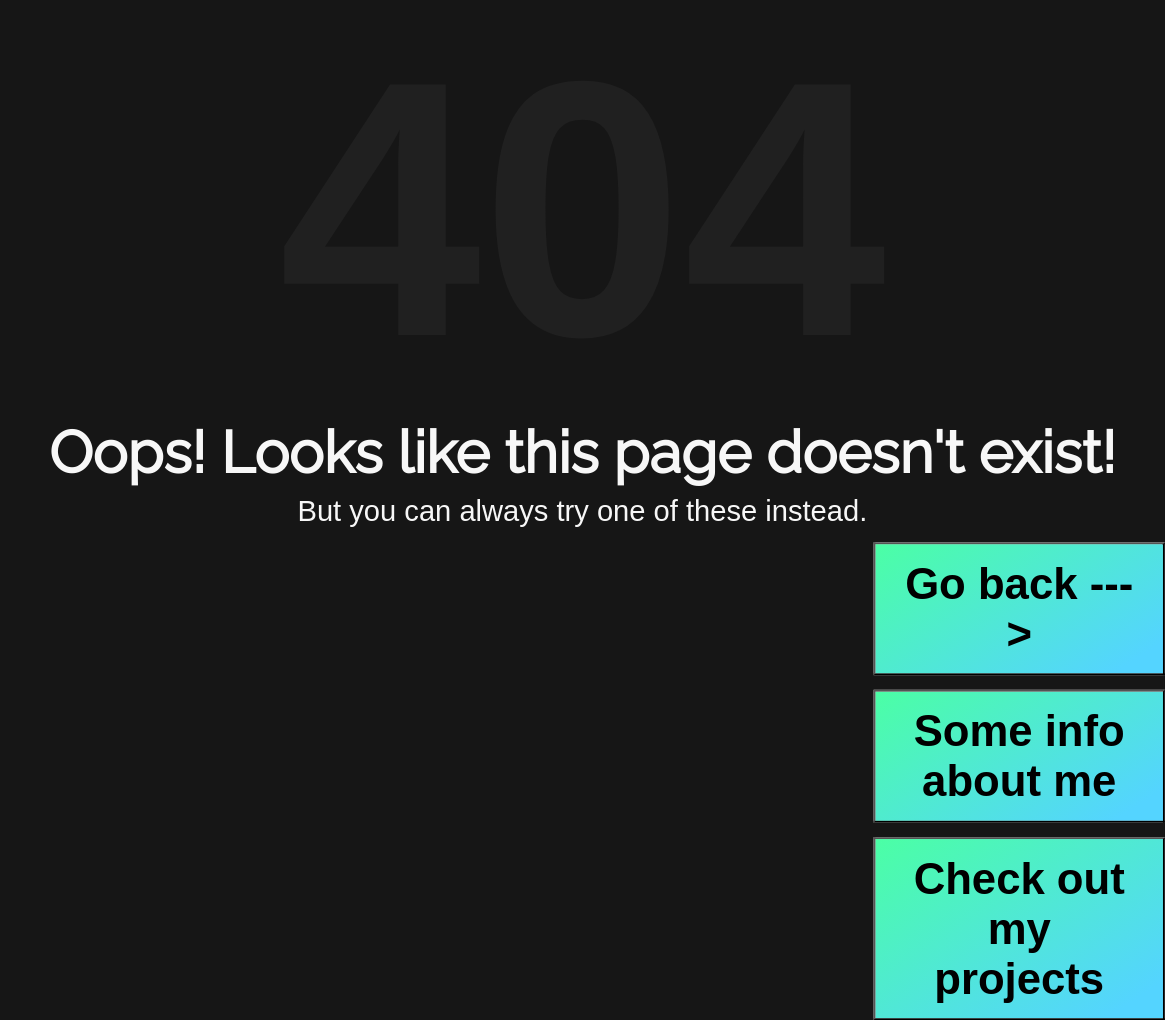
Repository: TeeJaysDev/Portfolio
Page: 404.html
The author's editor kept a copy of each file at every save. The page is drawn from the files as they stood at one save, then again after the next save.
The browser window is 1280 px wide. The pictures show the whole page, at 91% of full size.

Above is the page before, as saved 2021-08-26 22:00:01.

### 404.html
<!DOCTYPE html>
<html lang="en">
<head>
    <meta charset="UTF-8">
    <meta http-equiv="X-UA-Compatible" content="IE=edge">
    <meta name="viewport" content="width=device-width, initial-scale=1.0">
    <script type="text/javascript" src="script.js"></script>
    <link rel="stylesheet" href="404.css">
    <link rel="preconnect" href="https://fonts.gstatic.com">
    <link href="https://fonts.googleapis.com/css2?family=Raleway&display=swap" rel="stylesheet">
    <title>Tymon Jędryczka | Portfolio</title>
</head>
<body>
    <section class="error">
        <h2>
            404
        </h2>
        <h1>
            Oops! Looks like this page doesn't exist!
        </h1>
        <h3>
            But you can always try one of these instead.
        </h3>
        <button>
            <a href="https://teejay.dev" target="_blank" rel="noopener">Go back ---></a>
        </button>
        <button>
            <a href="https://teejay.dev/#about" target="_blank" rel="noopener">Some info about me</a>
        </button>
        <button>
            <a href="https://teejay.dev/#projects" target="_blank" rel="noopener">Check out my projects</a>
        </button>
    </section>
</body>
</html>

### 404.css
@import url('https://fonts.googleapis.com/css2?family=Raleway&display=swap');

* {
    margin: 0;
    padding: 0;
    box-sizing: border-box;
    font-family: sans-serif;
    text-decoration: none;
    list-style: none;
    z-index: 1;
}

body {
    background-color: #161616;
}

h1, h3 {
    display: flex;
    justify-content: center;
    color: #F7F7F7;
}

h1 {
    font-family: Raleway;
    font-size: 4rem;
    font-weight: 700;
    margin-bottom: 0.5rem;
}

h3 {
    font-family: Arial, Helvetica, sans-serif;
    font-size: 2rem;
    font-weight: 400;
}

h2 {
    display: flex;
    justify-content: center;
    color: #202020;
    font-size: 25rem;
    z-index: 0;
}

button a {
    text-align: center;
    font-size: 3rem;
    color: #000000;
}

button {
    padding: 1rem 2rem 1rem 2rem;
    width: 20rem;
    font-weight: bold;
    text-align: center;
    margin-left: 60rem;
    margin-top: 1rem;
    background-image: linear-gradient(147deg, #4bffa5, #54d4ff 90%);
    color: #000000;
    cursor: pointer;
}

@media only screen
and (min-width: 320px)
and (max-width: 375px) {

    h1 {
        min-width: 17ch;
        text-align: right;
        margin-left: 1.5rem;
        margin-top: 4rem;
        font-size: 2rem;
    }

    h2 {
        margin-top: 7rem;
        margin-left: 0.5rem;
        font-size: 12rem;
    }

    button {
        margin-top: 5rem;
        margin-left: 0.3rem;
    }
}

@media only screen
and (min-width: 375px)
and (max-width: 425px) {

    h1 {
        min-width: 20ch;
        text-align: right;
        margin-left: 1rem;
        margin-top: 4rem;
        font-size: 2rem;
    }

    h2 {
        margin-top: 7rem;
        margin-left: 2rem;
        font-size: 12rem;
    }

    button {
        margin-top: 10rem;
        margin-left: 2rem;
    }
}

@media only screen
and (min-width: 425px)
and (max-width: 768px) {

    h1 {
        text-align: right;
        margin-left: 2rem;
        margin-top: 4rem;
        font-size: 2rem;
    }

    h2 {
        margin-top: 7rem;
        margin-left: 3rem;
        font-size: 12rem;
    }

    button {
        margin-top: 5rem;
        margin-left: 3rem;
    }
}

@media only screen
and (min-width: 768px)
and (max-width: 1024px) {

    h1 {
        text-align: right;
        margin-left: 2rem;
        margin-top: 4rem;
        font-size: 2rem;
    }

    h2 {
        margin-top: 3rem;
        margin-left: 3rem;
        font-size: 25rem;
    }

    button {
        margin-top: 3rem;
        margin-left: 15rem;
    }
}

Loaded but not shown: script.js (no stored copy; drawn as an empty file)

After the next save:
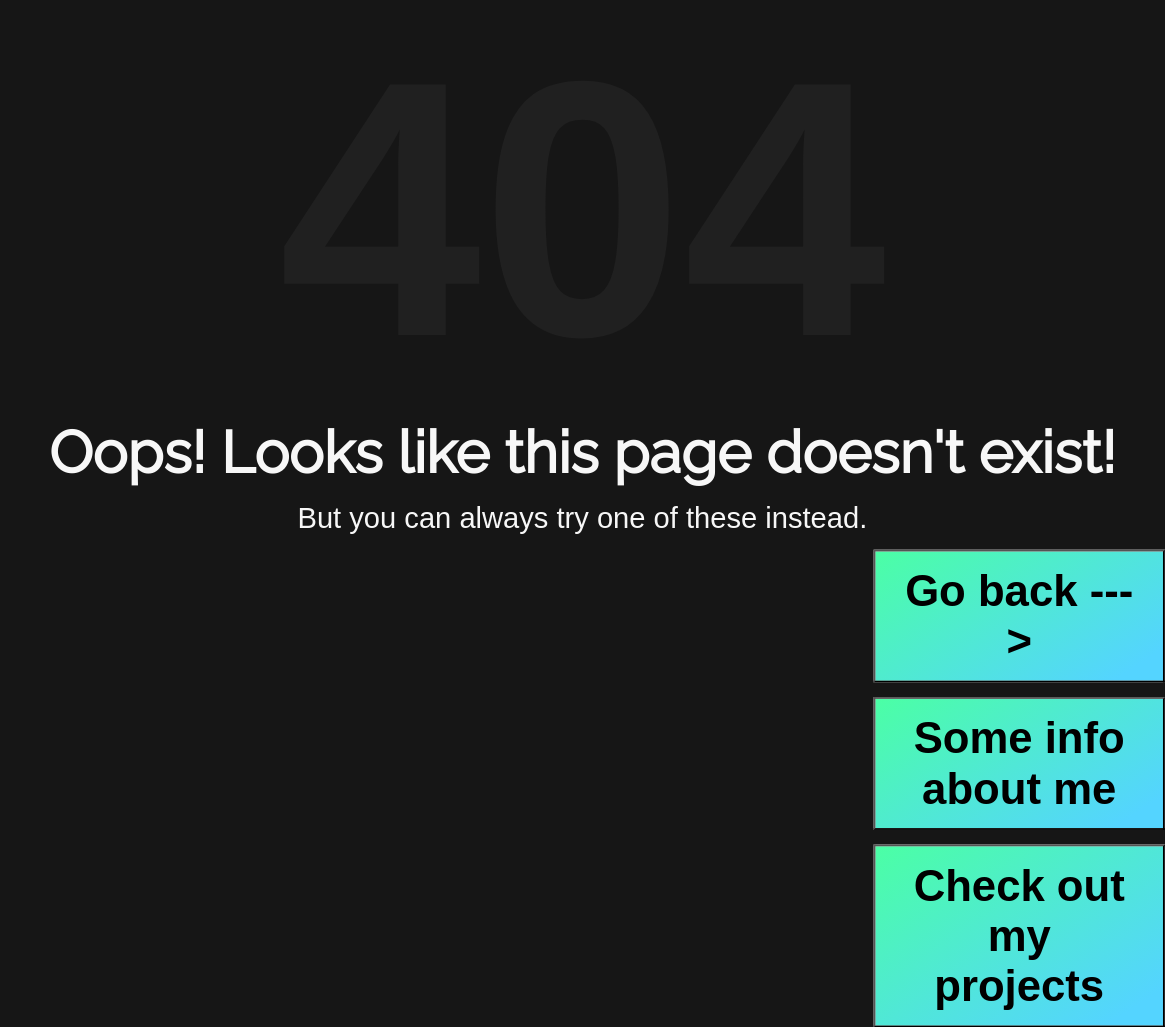
Saved 5 s later.
--- a/404.css
+++ b/404.css
@@ -24,7 +24,7 @@ h1 {
     font-family: Raleway;
     font-size: 4rem;
     font-weight: 700;
-    margin-bottom: 0.5rem;
+    margin-bottom: 1rem;
 }
 
 h3 {
